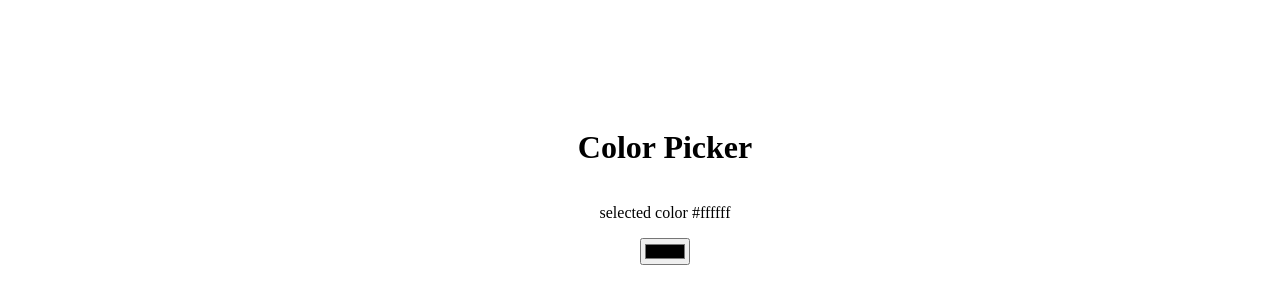
Repository: wakoya-tech/color-picker
Page: /
These files come from the project's save history. The page is drawn as it stood at one moment and after the next save; the edit follows.
The browser window is 1280 px wide. The pictures show the whole page.
The project was rebuilt for these pictures with package versions that can differ from the ones it lists, and the page was loaded fresh each time. Also part of the build but not shown: vite.config.js, src/index.css.

Above is the page before, as saved 2025-10-16 20:43:34.

After the next save:
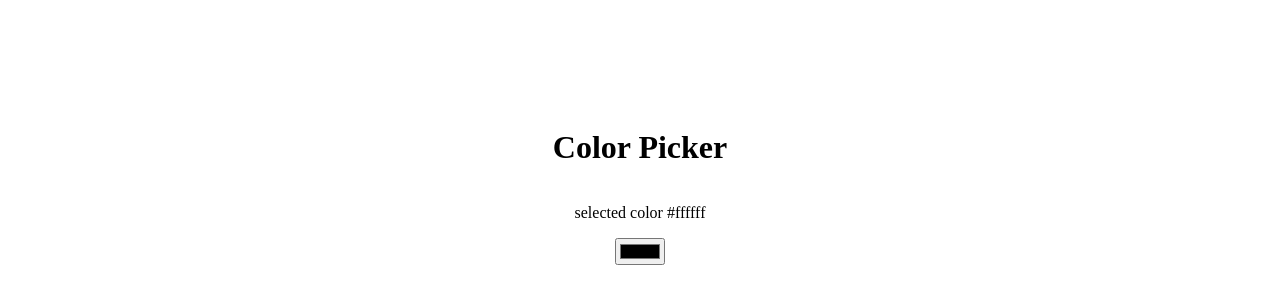
Saved 49 s later.
--- a/src/App.css
+++ b/src/App.css
@@ -5,5 +5,5 @@ body{
   display: flex;
 flex-direction: column;
 align-items: center;
-  padding: 100px 50px 50px 100px;
+  padding: 100px;
 }
